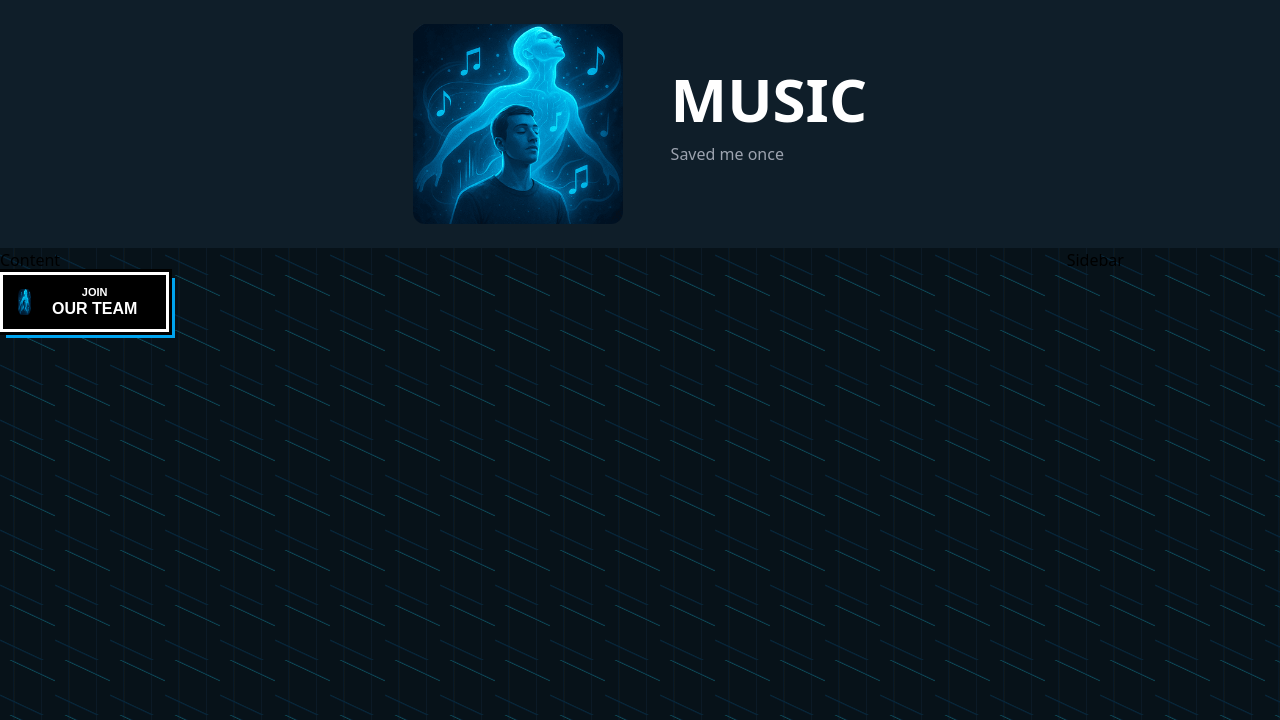
Repository: ItsMe-Pal/something
Page: index.html
An editor plug-in stored every save of this project. The page is shown before and after the next save, followed by the edit.
The browser window is 1280 px wide. The pictures show the whole page.
The style sheet was rebuilt from its Sass, Less or Tailwind sources for each picture, by a compiler version that may differ from the author's.

Above is the page before, as saved 2025-06-22 19:05:39.

After the next save:
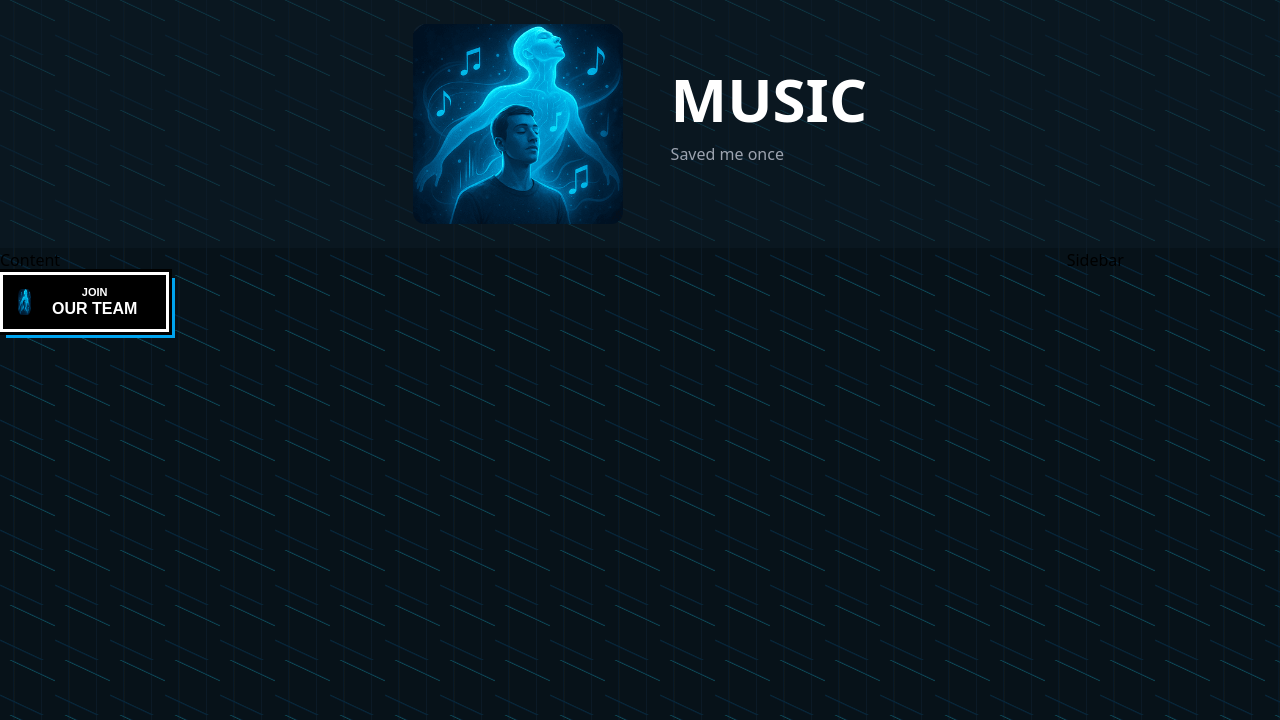
Saved 85 s later.
--- a/index.html
+++ b/index.html
@@ -19,7 +19,7 @@
         <div class="w-full h-[5%]">
 
 
-                <header style="background-color: #0f1e29;">
+                <header style="background-color: #0f1e2973;">
                     <nav class="mx-auto flex max-w-7xl items-center justify-center gap-12 p-6 lg:px-8" aria-label="Global">
 
                           <img class="h-50 w-auto rounded-xl" src="/imgs/icons/icon-512x512.png" alt="" />
